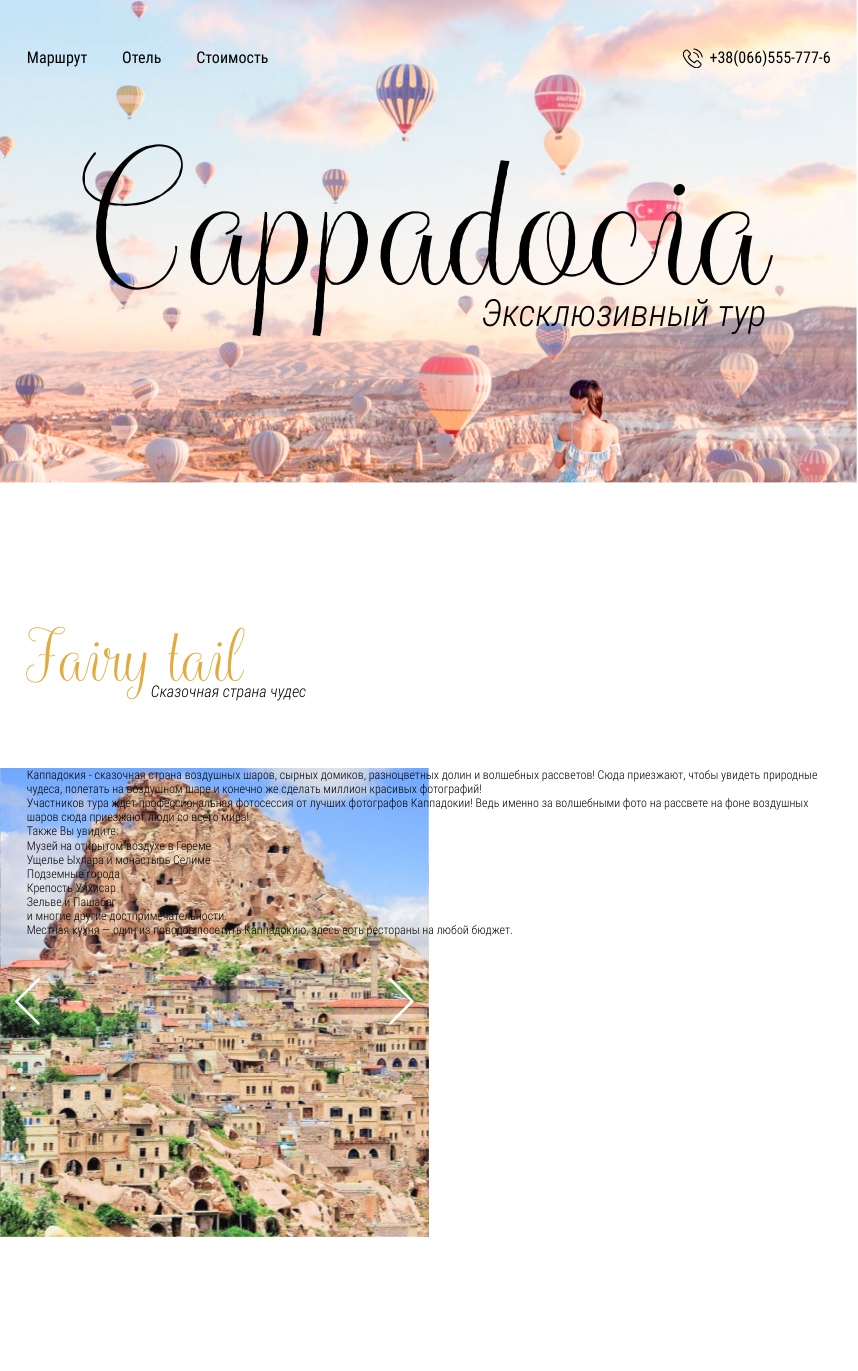
Repository: Lareeman/cappadocia
Page: index.html
These files come from the project's save history. The page is drawn as it stood at one moment and after a run of saves; the edit follows.
The browser window is 1280 px wide. The pictures show the whole page, at 67% of full size.

Above is the page before, as saved 2024-01-27 14:03:36.

### index.html
<!DOCTYPE html>
<html lang="en">

<head>
  <meta charset="UTF-8">
  <meta name="viewport" content="width=device-width, initial-scale=1.0">
  <meta http-equiv="X-UA-Compatible" content="ie=edge">
  <title>Cappadocia</title>
  <link rel="stylesheet" href="css/reset.css">
  <link rel="stylesheet" href="css/slick.css">
  <link rel="stylesheet" href="css/style.css">
</head>

<body>
  <header class="header">
    <div class="container">
      <div class="header__top">
        <nav class="menu">
          <ul class="menu__list">
            <li class="menu__item"><a class="menu__link" href="#">Маршрут</a></li>
            <li class="menu__item"><a class="menu__link" href="#">Отель</a></li>
            <li class="menu__item"><a class="menu__link" href="#">Стоимость</a></li>
          </ul>
        </nav>
        <a class="header__phone" href="tel:+380665557776">+38(066)555-777-6</a>
      </div>
      <h1 class="header__title">Cappadocia<span>Эксклюзивный тур</span></h1>
    </div>
  </header>
  <section class="fairy page-section">
    <div class="container">
      <h3 class="fairy__title title">Fairy tail
        <span>Сказочная страна чудес</span>
      </h3>
    </div>
    <div class="fairy__inner">
      <div class="fairy__slider">
        <div class="fairy__item"><img src="images/fairy-1.jpg" alt=""></div>
        <div class="fairy__item"><img src="images/fairy-2.jpg" alt=""></div>
        <div class="fairy__item"><img src="images/fairy-3.jpg" alt=""></div>
      </div>
      <div class="fairy__content">
        <div class="fairy__container">
          <div class="fairy__body">
            <p class="fairy__text">
              Каппадокия - сказочная страна воздушных шаров, сырных домиков, разноцветных долин и волшебных рассветов!
              Сюда приезжают, чтобы увидеть природные чудеса, полетать на воздушном шаре и конечно же сделать миллион красивых фотографий!
            </p>
            <p class="fairy__text">
              Участников тура ждёт профессиональная фотосессия от лучших фотографов Каппадокии!
              Ведь именно за волшебными фото на рассвете на фоне воздушных шаров сюда приезжают люди со всего мира!
            </p>
            <div class="fairy__body-title">
              Также Вы увидите:
            </div>
            <ul class="fairy__list">
              <li>Музей на открытом воздухе в Гёреме</li>
              <li>Ущелье Ыхлара и монастырь Селиме</li>
              <li>Подземные города</li>
              <li>Крепость Учхисар</li>
              <li>Зельве и Пашабаг</li>
            </ul>
            <p class="fairy__text">и многие другие достпримечательности.</p>
            <p class="fairy__text">Местная кухня — один из поводов посетить Каппадокию, здесь есть рестораны на любой бюджет.</p>
          </div>
        </div>
      </div>
    </div>
  </section>



  <script src="https://ajax.googleapis.com/ajax/libs/jquery/3.4.1/jquery.min.js"></script>
  <script src="js/slick.min.js"></script>
  <script src="js/main.js"></script>
</body>

</html>

### css/style.css
:root {
  --black: #000;
  --gold: #E2AB3F;
}

@font-face {
  font-family: 'Balqis';
  src: url('../fonts/balqis.woff2');
  src: url('../fonts/balqis.woff2') format('woff2'),
    url('../fonts/balqis.woff') format('woff');

  font-style: normal;
  font-weight: 300;
  font-display: swap;
}

@font-face {
  font-family: 'RobotoCondensed-Light';
  src: url('../fonts/RobotoCondensed-Light.woff2');
  src: url('../fonts/RobotoCondensed-Light.woff2') format('woff2'),
    url('../fonts/RobotoCondensed-Light.woff') format('woff');


  font-style: normal;
  font-weight: 300;
  font-display: swap;
}

@font-face {
  font-family: 'RobotoCondensed-LightItalic';
  src: url('../fonts/RobotoCondensed-LightItalic.woff2');
  src: url('../fonts/RobotoCondensed-LightItalic.woff2') format('woff2'),
    url('../fonts/RobotoCondensed-LightItalic.woff') format('woff');
  font-style: italic;
  font-weight: 300;
  font-display: swap;
}

@font-face {
  font-family: 'RobotoCondensed-Regular';
  src: url('../fonts/RobotoCondensed-Regular.woff2');
  src: url('../fonts/RobotoCondensed-Regular.woff2') format('woff2'),
    url('../fonts/RobotoCondensed-Regular.woff') format('woff');


  font-style: 400;
  font-weight: 300;
  font-display: swap;
}

html {
  box-sizing: border-box;
}

*,
*::before,
*::after {
  box-sizing: inherit;
}

a {
  text-decoration: none;
  color: inherit;
}

ul {
  list-style-type: none;
}

body {
  color: var(--black);
  font-family: 'RobotoCondensed-Light';
  font-size: 18px;
  font-style: normal;
  font-weight: 300;
  line-height: normal;
}

.header {
  background-image: url("../images/header-bg.jpg");
  background-size: cover;
  background-repeat: no-repeat;
  background-position: bottom center;
  min-height: 100vh;
  margin-bottom: 200px;
}

.container {
  max-width: 1230px;
  padding: 0 15px;
  margin: 0 auto;
}

.page-section {
  margin-bottom: 200px;
}

.title {
  color: var(--gold);
  font-family: Balqis;
  font-size: 96px;
  font-weight: 400;
  margin-bottom: 100px;
}

.title span {
  line-height: 28px;
  font-size: 24px;
  color: var(--black);
  font-family: 'RobotoCondensed-LightItalic';
  display: block;
  margin-top: -30px;
  margin-left: 185px;
}

.header__top {
  padding: 72px 0;
  display: flex;
  justify-content: space-between;
  align-items: center;
  font-size: 24px;
  font-weight: 400;
  font-family: 'RobotoCondensed-Regular';
}

.menu__list {
  display: flex;
  gap: 0 52px;
}

.menu__link {
  transition: all .6s;
}

.menu__link:hover {
  text-decoration: underline;
  /* border-bottom: 1px solid var(--black); */
}

.header__title {
  text-align: center;
  color: var(--black);
  font-family: "Balqis", serif;
  font-size: 250px;
  font-weight: 400;
}

.header__title span {
  text-align: right;
  margin-top: -6%;
  margin-right: 8%;
  display: block;
  font-family: 'RobotoCondensed-LightItalic';
  font-size: 56px;
  font-style: italic;
  font-weight: 300;
}

.header__phone {
  padding-left: 40px;
  position: relative;
}

.header__phone::before {
  content: "";
  position: absolute;
  width: 30px;
  height: 30px;
  left: 0;
  background-image: url('../images/phone-icon.svg');
}
/* ===================== */


.fairy__inner {
  position: relative;
}
.fairy__container {
  max-width: 1230px;
  padding: 0 15px;
  margin: 0 auto;
  position: absolute;
  top: 0;
  left: 0;
  right: 0;
  bottom: 0;
}

.fairy__slider {
  width: 50%;
}
.slick-btn{
  position: absolute;
  top: 50%;
  transform: translateY(-50%);
  background-color: transparent;
  border: none;
  z-index: 2;
  cursor: pointer;
}
.slick-prev {
  left: 0;
}
.slick-next {
  right: 0;
}
.fairy__item {}

.fairy__content {

}


.fairy__body {
  w50

}

.fairy__text {

}

.fairy__body-title {

  font-weight: 400;
}

.fairy__list {

}

### js/main.js
$(function () {
    $('.fairy__slider').slick({
        autoplay: true,
        autoplaySpeed: 2000,
        prevArrow: '<button type="button" class="slick-prev slick-btn"><img src="images/arrow-prev.svg" alt=""></button>',
        nextArrow: '<button type="button" class="slick-next slick-btn"> <img src="images/arrow-next.svg" alt=""></button>',

    });
});

Loaded but not shown: css/reset.css (common file); css/slick.css (common file); js/slick.min.js (library)

After the next 3 saves:
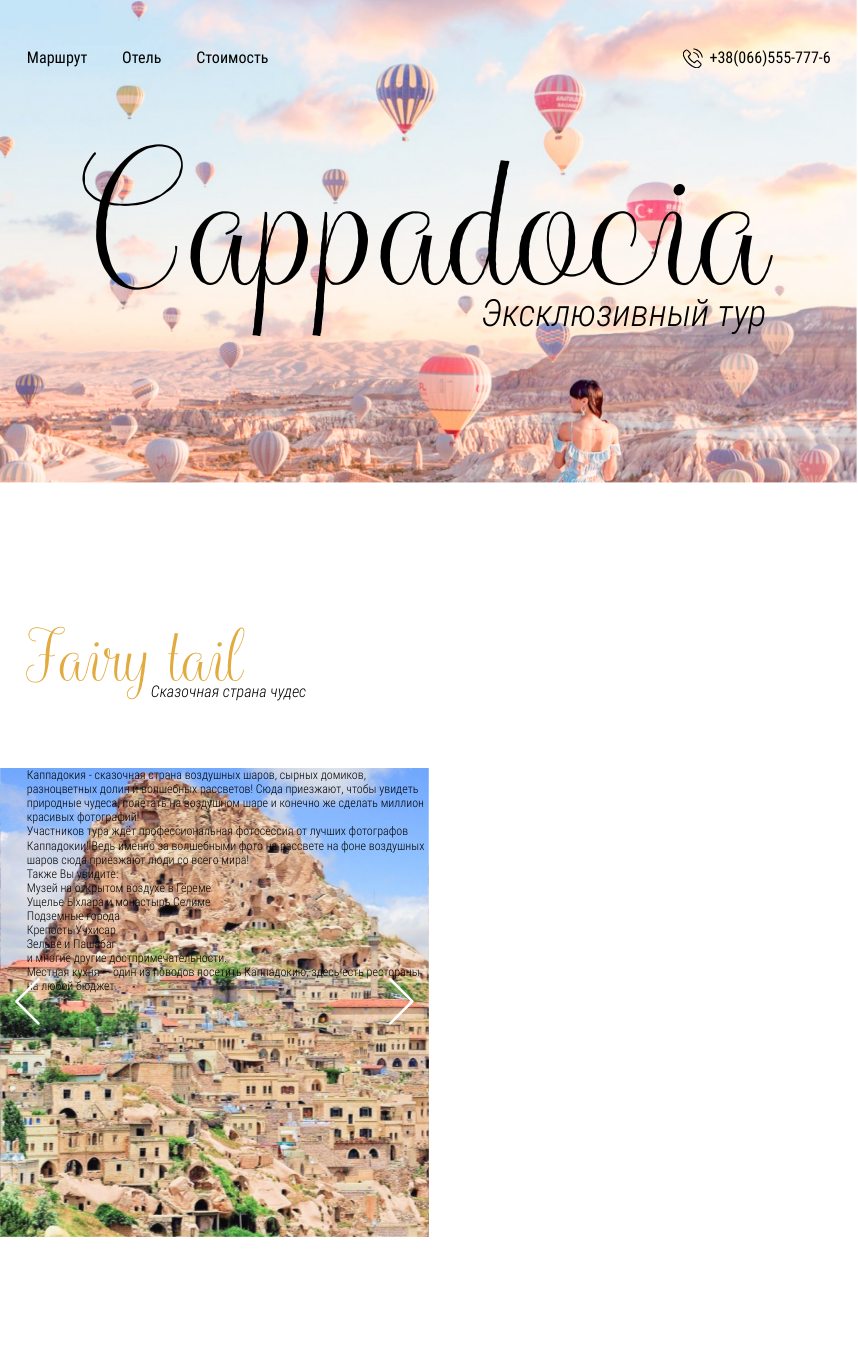
The 3 saves are shown as one change because they came seconds apart.
The last was saved 8 s later.
--- a/css/style.css
+++ b/css/style.css
@@ -212,7 +212,8 @@ body {
 
 
 .fairy__body {
-  w50
+  width: 50%;
+
 
 }
 
